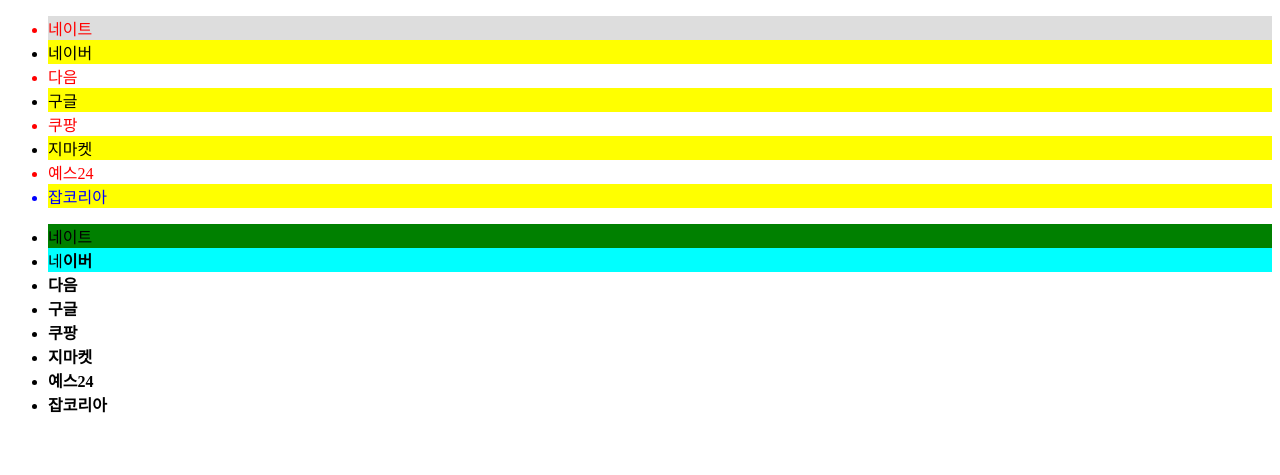
Repository: KangSuA/JSP
Page: webApp/src/main/webapp/jquery/jq04_select.html
The author's editor kept a copy of each file at every save. The page is drawn from the files as they stood at one save, then again after the next save.
The browser window is 1280 px wide. The pictures show the whole page.

Above is the page before, as saved 2023-02-14 05:49:50.

After the next save:
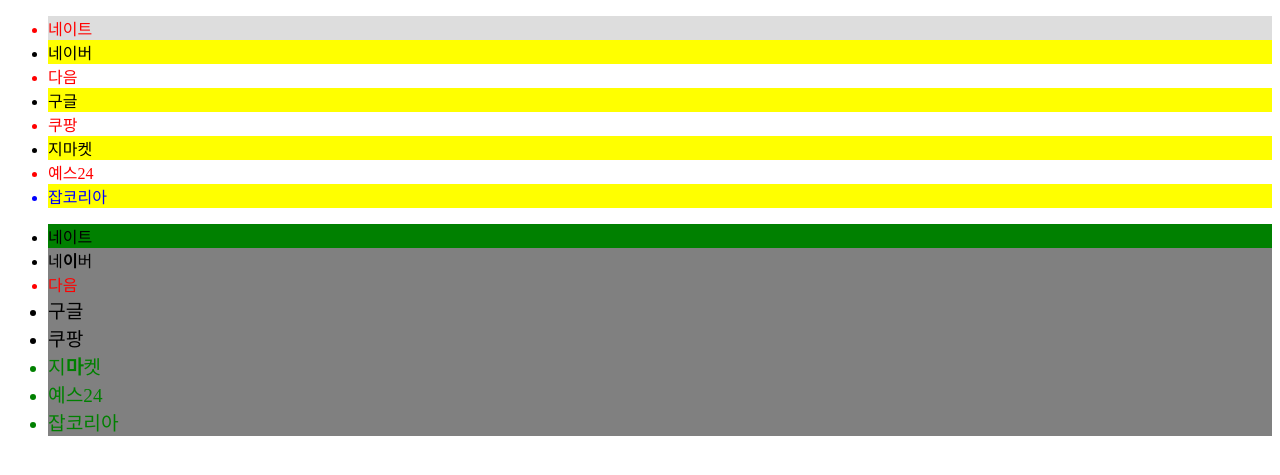
Saved 67 s later.
--- a/webApp/src/main/webapp/jquery/jq04_select.html
+++ b/webApp/src/main/webapp/jquery/jq04_select.html
@@ -20,6 +20,8 @@
 
 		$('.lst2>li:contains("네")').css('background-color','green'); //특정내용이 포함된 경우 선택
 		$('.lst2>li:has("b")').css('background','cyan');
+
+		$('.lst2>li:not(:first)').css('background-color','grey');
 	});
 </script>
 </head>
@@ -37,11 +39,11 @@
 
 	<ul class="lst2">
 	<li>네이트</li>
-	<li>네<b>이<b>버</li>
+	<li>네<b>이</b>버</li>
 	<li>다음</li>
 	<li>구글</li>
 	<li>쿠팡</li>
-	<li>지<b>마<b>켓</li>
+	<li>지<b>마</b>켓</li>
 	<li>예스24</li>
 	<li>잡코리아</li>
 	</ul>
